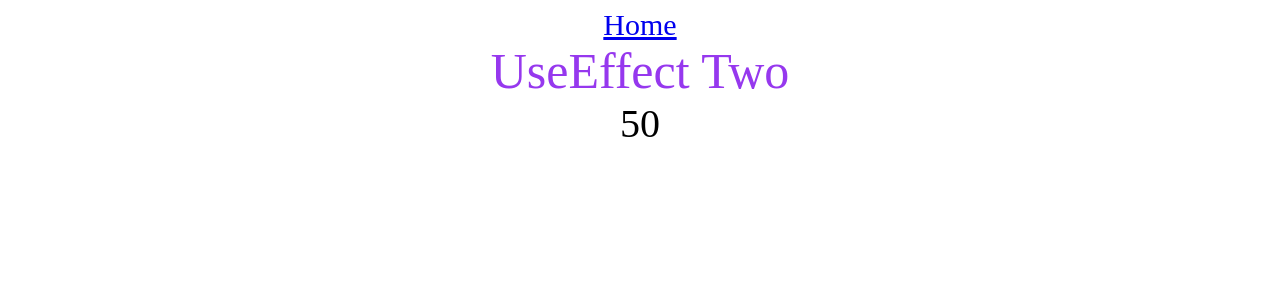
Repository: KanaKimishima/carousel
Page: /useEffectTwo
These files come from the project's save history. The page is drawn as it stood at one moment and after the next save; the edit follows.
The browser window is 1280 px wide. The pictures show the whole page.
The project was rebuilt for these pictures with package versions that can differ from the ones it lists, and the page was loaded fresh each time. The framework's server and built-in components were replaced by stand-ins that run in the browser. Also part of the build but not shown: next.config.js.

Above is the page before, as saved 2023-02-21 01:06:28.

After the next save:
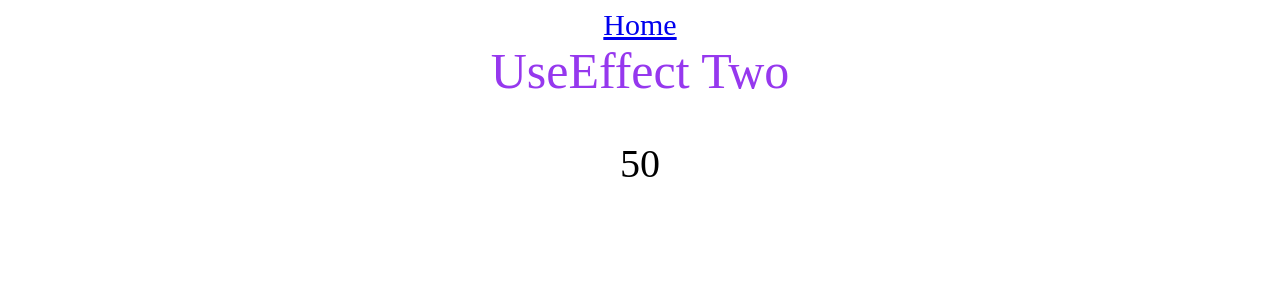
Saved 4 s later.
--- a/styles/UseEffectTwo.module.css
+++ b/styles/UseEffectTwo.module.css
@@ -6,6 +6,8 @@
 .heading {
     font-size: 50px;
     color: var(--purple);
+    margin-bottom: 40px;
+
 }
 
 .number {
